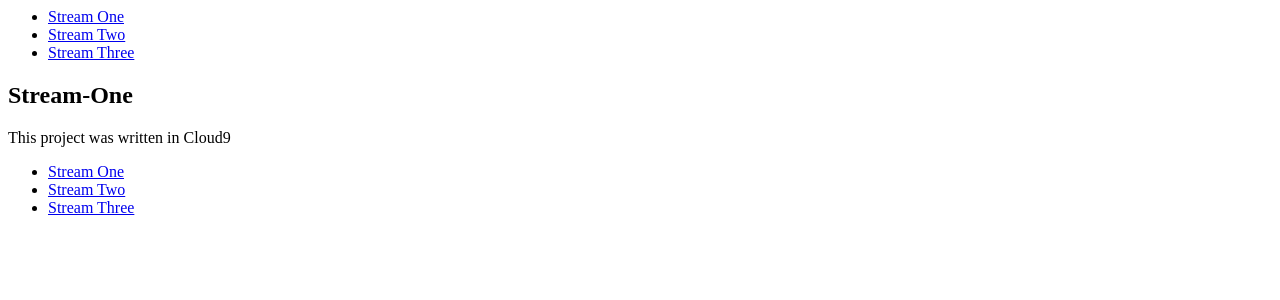
Repository: nosugref/my-first-website
Page: stream-one.html
The author's editor kept a record of every edit. The page is drawn from the files as they stood at one moment, then again after the next edit.
The browser window is 1280 px wide. The pictures show the whole page.

Above is the page before.

After the next edit:
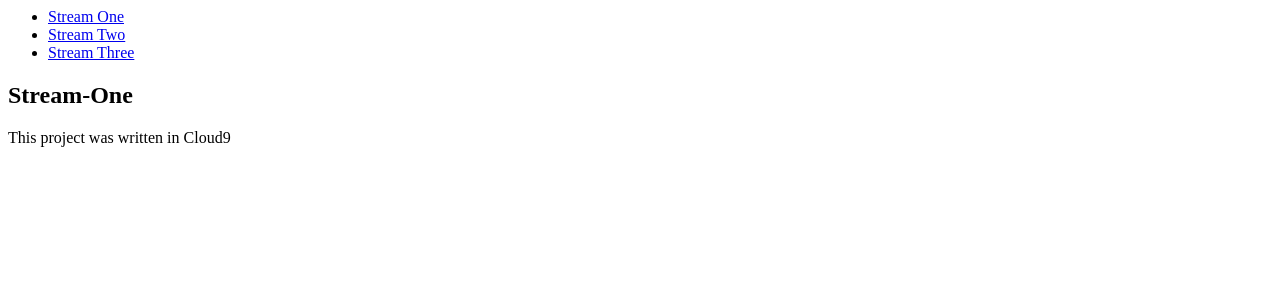
The edit:
--- a/stream-one.html
+++ b/stream-one.html
@@ -12,11 +12,6 @@
         <h1>Stream-One</h1>
         <p>This project was written in Cloud9</p>
     </body>
-    <nav>
-        <ul>
-            <li><a href="stream-one.html">Stream One</a></li>
-            <li><a href="stream-two.html">Stream Two</a></li>
-            <li><a href="stream-three.html">Stream Three</a></li>
-        </ul>
+
     </nav>
 </html>
